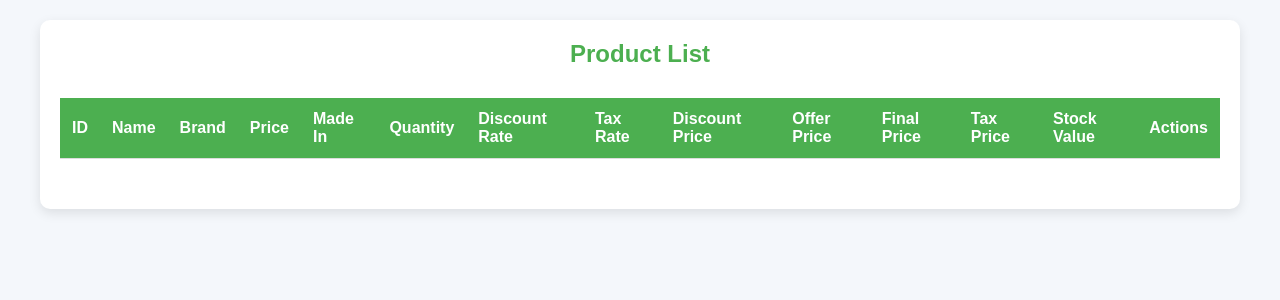
Repository: sohail1810/Product
Page: http://localhost/Product-list
An editor plug-in stored every save of this project. The page is shown before and after the next save, followed by the edit.
The browser window is 1280 px wide. The pictures show the whole page.
The page is this project's Thymeleaf template; nobody is signed in. The template is opened directly, without the code that normally fills it, so the values that code supplies are empty.

Above is the page before, as saved 2024-12-21 17:41:20.

### SpringBootMVC-1/src/main/resources/templates/Product-list.html
<!DOCTYPE html>
<html xmlns:th="http://www.thymeleaf.org">
<head>
    <meta charset="UTF-8">
    <title>Product List</title>
    <style>
        /* Basic reset for padding and margin */
        * {
            margin: 0;
            padding: 0;
            box-sizing: border-box;
        }

        body {
            font-family: 'Arial', sans-serif;
            background-color: #f4f7fb;
            color: #333;
            padding: 20px;
        }

        /* Container for the product list */
        .container {
            max-width: 1200px;
            margin: auto;
            background-color: white;
            padding: 20px;
            border-radius: 10px;
            box-shadow: 0 4px 12px rgba(0, 0, 0, 0.1);
        }

        h2 {
            text-align: center;
            color: #4CAF50;
            margin-bottom: 30px;
        }

        /* Styling the table */
        table {
            width: 100%;
            border-collapse: collapse;
            margin-bottom: 30px;
        }

        th, td {
            padding: 12px;
            text-align: left;
            border-bottom: 1px solid #ddd;
        }

        th {
            background-color: #4CAF50;
            color: white;
            font-weight: bold;
        }

        tr:nth-child(even) {
            background-color: #f9f9f9;
        }

        td a {
            color: #d9534f;
            text-decoration: none;
            font-weight: bold;
        }

        td a:hover {
            color: #c9302c;
        }

        /* Hover effect for rows */
        tr:hover {
            background-color: #f1f1f1;
        }

        /* Responsive Design */
        @media (max-width: 768px) {
            body {
                padding: 10px;
            }

            .container {
                padding: 10px;
            }

            table, th, td {
                font-size: 0.9rem;
            }

            td {
                padding: 8px;
            }
        }
    </style>
</head>
<body>

    <div class="container">
        <h2>Product List</h2>
        <table>
            <thead>
                <tr>
                    <th>ID</th>
                    <th>Name</th>
                    <th>Brand</th>
                    <th>Price</th>
                    <th>Made In</th>
                    <th>Quantity</th>
                    <th>Discount Rate</th>
                    <th>Tax Rate</th>
                    <th>Discount Price</th>
                    <th>Offer Price</th>
                    <th>Final Price</th>
                    <th>Tax Price</th>
                    <th>Stock Value</th>
                    <th>Actions</th>
                </tr>
            </thead>
            <tbody>
                <tr th:each="product : ${products}">
                    <td th:text="${product.id}"></td>
                    <td th:text="${product.name}"></td>
                    <td th:text="${product.brand}"></td>
                    <td th:text="${product.price}"></td>
                    <td th:text="${product.madeIn}"></td>
                    <td th:text="${product.quantity}"></td>
                    <td th:text="${product.discountRate}"></td>
                    <td th:text="${product.taxRate}"></td>
                    <td th:text="${product.discountPrice}"></td>
                    <td th:text="${product.offerPrice}"></td>
                    <td th:text="${product.finalPrice}"></td>
                    <td th:text="${product.taxPrice}"></td>
                    <td th:text="${product.stockValue}"></td>
                    <td>
                        <a th:href="@{'/delete/' + ${product.id}}">Delete</a>
                    </td>
                </tr>
            </tbody>
        </table>
    </div>

</body>
</html>

After the next save:
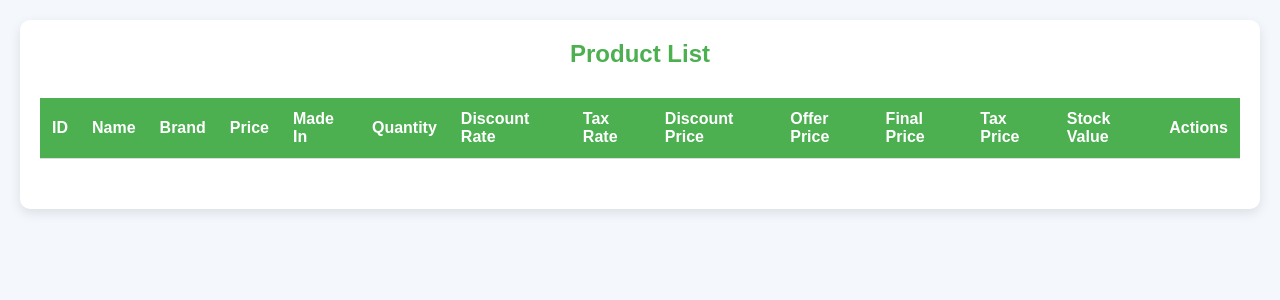
Saved 4 min 58 s later.
--- a/SpringBootMVC-1/src/main/resources/templates/Product-list.html
+++ b/SpringBootMVC-1/src/main/resources/templates/Product-list.html
@@ -20,7 +20,7 @@
 
         /* Container for the product list */
         .container {
-            max-width: 1200px;
+            max-width: 1500px;
             margin: auto;
             background-color: white;
             padding: 20px;
